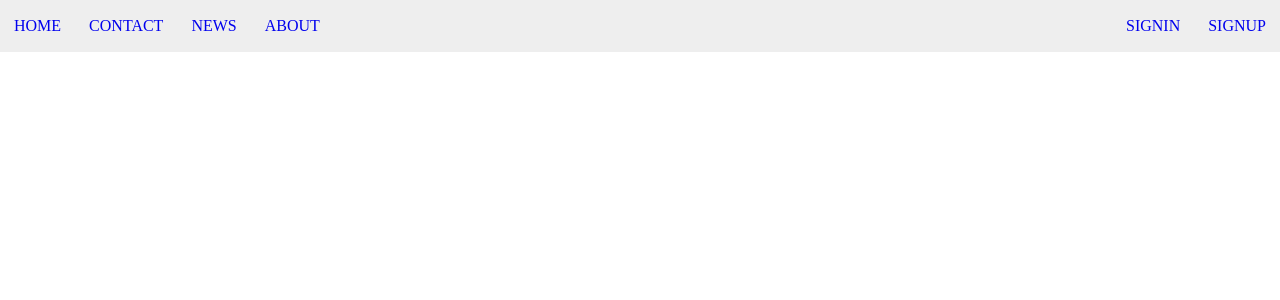
Repository: jesar-enl/My-CSS-Website
Page: index.html
These files come from the project's save history. The page is drawn as it stood at one moment and after the next save; the edit follows.
The browser window is 1280 px wide. The pictures show the whole page.

Above is the page before, as saved 2022-07-26 12:32:23.

After the next save:
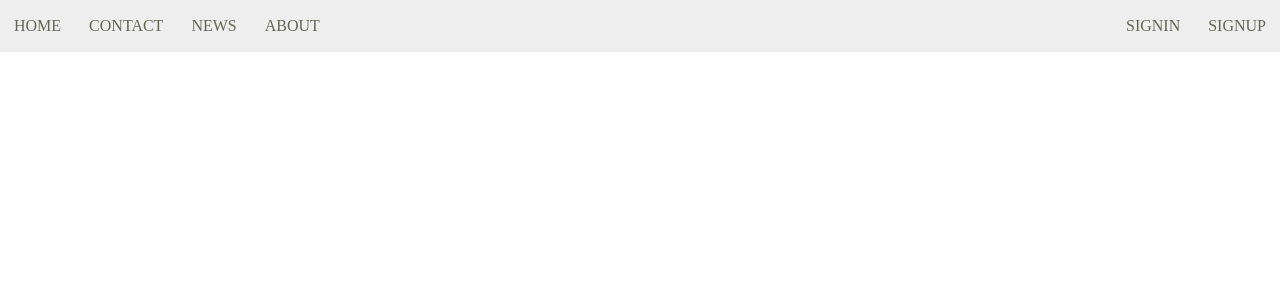
Saved 60 s later.
--- a/style.css
+++ b/style.css
@@ -41,5 +41,5 @@ ul.topnav li a {
   text-align: center;
   padding: 14px;
   text-transform: uppercase;
-  color: #;
+  color: #665;
 }
